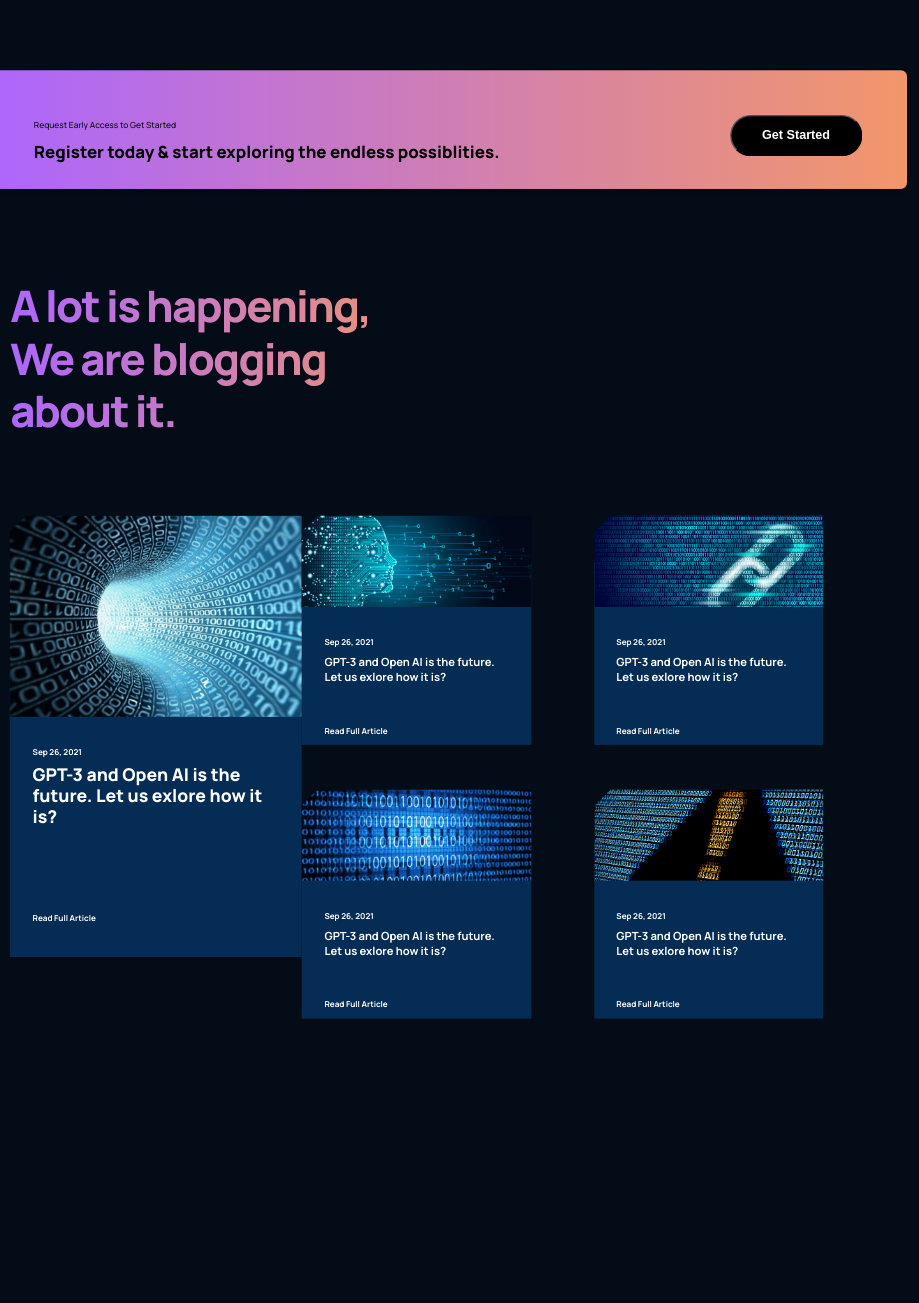
Repository: guilhermecardoso93/lp-gpt3
Page: index.html
An editor plug-in stored every save of this project. The page is shown before and after the next save, followed by the edit.
The browser window is 1280 px wide. The page is 1313 px wide, so the pictures cover 1313 px, including what lies to the right of the window. The pictures show the part of the page from y = 2953 to 4833 px (the page is 4815 px tall before and 4839 px after), at 70% of full size.

Above is the page before, as saved 2022-08-23 22:21:59.

### index.html
<!DOCTYPE html>
<html lang="pt-BR">

  <head>
    <meta charset="UTF-8" />
    <meta http-equiv="X-UA-Compatible" content="IE=edge" />
    <meta name="viewport" content="width=device-width, initial-scale=1.0" />
    <link rel="stylesheet" href="style.css" />
    <title>LP-GPT3</title>
  </head>

  <body>
    <div class="container">
      <header>
        <div class="menu">
          <img src="./assets/logo.svg" alt="logo da LP-GPT3" />
          <nav>
            <ul>
              <li>
                <a href="">Home</a>
              </li>
              <li><a href="">What is GPT-3?</a></li>
              <li><a href="">Open AI</a></li>
              <li><a href="">Case Studies</a></li>
              <li><a href="">Library</a></li>
            </ul>
          </nav>
          <div class="login">
            <a href="#">Sign In</a>
            <button>Sign Up</button>
          </div>
        </div>

      </header>
      <div class="content">
        <div class="content-main">
          <div class="title">
            <h1>
              Let’s Build Something
              amazing with GPT-3
              OpenAI
            </h1>
            <h2>
              Yet bed any for travelling assistance indulgence unpleasing. Not
              thoughts all exercise blessing. Indulgence way everything joy
              alteration boisterous the attachment. Party we years to order
              allow asked of.
            </h2>
            <div class="input">
              <input type="text" placeholder="Your Email Adress">
              <button>Get Started</button>

              <div class="persons">
                <img src="./assets/persons.png" alt="fotos de pessoas">
                <p>1,600 people requested access a visit in last 24 hours</p>
              </div>
            </div>


          </div>
          <div class="image-content">
            <img src="./assets/header-illustration.png" alt="">
          </div>
        </div>
      </div>
      <div class="headerFooter">
        <img src="./assets/google.svg" alt="logo do Google"/>
        <img src="./assets/slack.svg" alt="logo do slack"/>
        <img src="./assets/atlassian.svg" alt="logo do atlassian"/>
        <img src="./assets/dropbox.svg" alt="logo do Dropbox"/>
        <img src="./assets/shopify.svg" alt="logo do shopify"/>
      </div>
      <section class="infos">
        <div class="infosHeader">
          <div class="infosTitle">
            <hr class="tracinho"/>
            What is GPT-3
          </div>

          <span>
            We so opinion friends me message as delight. Whole front do of plate
            heard oh ought. His defective nor convinced residence own.
            Connection has put impossible own apartments boisterous. At jointure
            ladyship an insisted so humanity he. Friendly bachelor entrance to
            on by.
          </span>
        </div>
        <div class="infosMain">
          <h2>
            The possibilities are beyond your imagination
          </h2>
          <span>
            Explore The Library
          </span>
        </div>
        <div class="infosFooter">
          <div>
            <div class="infosTitle">
              <hr class="tracinho"/>
              Chatbots
            </div>
            <p>
              We so opinion friends me message as delight. Whole front do of
              plate heard oh ought.
            </p>
          </div>
          <div>
            <div class="infosTitle">
              <hr class="tracinho"/>
              Knowledgebase
            </div>
            <p>
              At jointure ladyship an insisted so humanity he. Friendly bachelor
              entrance to on by. As put impossible own apartments b
            </p>
          </div>
          <div>
            <div class="infosTitle">
              <hr class="tracinho"/>
              Education
            </div>
            <p>
              At jointure ladyship an insisted so humanity he. Friendly bachelor
              entrance to on by. As put impossible own apartments b
            </p>
          </div>
        </div>
      </section>
      <section class="hero">
        <div class="heroMain">
          <div class="HeroMainTitle">
            <h2>
              The Future is Now and You Just Need To Realize It. Step into
              Future Today & Make it Happen.
            </h2>
          </div>
          <span>
            Request Early Access to Get Started
          </span>
        </div>
        <div class="heroMainInfos">
          <div class="heroMainInfosItem">
            <div class="infosTitle">
              <hr class="tracinho"/>
              Improving end distrusts instantly
            </div>
            <p>
              From they fine john he give of rich he. They age and draw mrs
              like. Improving end distrusts may instantly was household
              applauded.
            </p>
          </div>
          <div class="heroMainInfosItem">
            <div class="infosTitle">
              <hr class="tracinho"/>
              Become the tended active
            </div>
            <p>
              Considered sympathize ten uncommonly occasional assistance
              sufficient not. Letter of on become he tended active enable to.
            </p>
          </div>
          <div class="heroMainInfosItem">
            <div class="infosTitle">
              <hr class="tracinho"/>
              Message or am nothing
            </div>
            <p>
              Led ask possible mistress relation elegance eat likewise debating.
              By message or am nothing amongst chiefly address.
            </p>


          </div>
          <div class="heroMainInfosItem">
            <div class="infosTitle">
              <hr class="tracinho"/>
              Improving end distrusts instantly
            </div>
            <p>
              Really boy law county she unable her sister. Feet you off its like
              like six. Among sex are leave law built now. In built table in an
              rapid blush.
            </p>
          </div>


        </div>
      </section>
      <section class="myapp">
        <div class="myappImg">
          <img src="./assets/woman-vr.png" alt="">
        </div>
        <div class="myappInfo">
          <div>
            <span>
              Request Early Access to Get Started
            </span>
          </div>
          <div>
            <h2>
              The possibilities are beyond your imagination
            </h2>
          </div>
          <div>
            <p class="myappInfoPBottom">
              Yet bed any for travelling assistance indulgence unpleasing. Not
              thoughts all exercise blessing. Indulgence way everything joy
              alteration boisterous the attachment. Party we years to order
              allow asked of.
            </p>
          </div>
          <div>
            <p class="myappInfoSpanBottom">
              Request Early Access to Get Started
            </p>
          </div>
        </div>
      </section>
      <section class="middle">
        <div>
          <p>
            Request Early Access to Get Started
          </p>
          <h2>
            Register today & start exploring the endless possiblities.
          </h2>
        </div>
        <div>
          <button>
            Get Started
          </button>
        </div>

      </section>
      <section class="middle-alot">
        <h3>
          A lot is happening,
          We are blogging about it.
        </h3>
        <div>
          <div class="midlleContainer">
            <div class="area1">
              <div class="MiddleImg">
                <img src="/assets/blog-1.png" width="417.03px"
                height="287.73px">
              </div>
              <div class="MiddleDiv">
                <p>Sep 26, 2021</p>
                <h4>GPT-3 and Open AI is the future. Let us exlore how it is?</h3>
                <p>Read Full Article</p>
              </div>
            </div>
            <div class="area2">
              <div class="MiddleImg2">
                <img src="/assets/blog-2.png" width="327.34"
                height="130.47px">
              </div>
              <div class="MiddleDiv2">
                <p>Sep 26, 2021</p>
                <h4>GPT-3 and Open AI is the future. Let us exlore how it is?</h3>
                <p>Read Full Article</p>
              </div>
            </div>
            <div class="area3">
              <div class="MiddleImg2">
                <img src="/assets/blog-3.png" width="327.34"
                height="130.47px">
              </div>
              <div class="MiddleDiv2">
                <p>Sep 26, 2021</p>
                <h4>GPT-3 and Open AI is the future. Let us exlore how it is?</h3>
                <p>Read Full Article</p>
              </div>
            </div>
            <div class="area4">
              <div class="MiddleImg2">
                <img src="/assets/blog-4.png" width="327.34"
                height="130.47px">
              </div>
              <div class="MiddleDiv2">
                <p>Sep 26, 2021</p>
                <h4>GPT-3 and Open AI is the future. Let us exlore how it is?</h3>
                <p>Read Full Article</p>
              </div>
            </div>
            <div class="area5">
              <div class="MiddleImg2">
                <img src="/assets/blog-5.png" width="327.34"
                height="130.47px">
              </div>
              <div class="MiddleDiv2">
                <p>Sep 26, 2021</p>
                <h4>GPT-3 and Open AI is the future. Let us exlore how it is?</h3>
                <p>Read Full Article</p>
              </div>
            </div>
          </div>
        </div>
      </section>
    </div>
  </body>

</html>

### style.css
@import url("https://fonts.googleapis.com/css2?family=Manrope:wght@400;500;700;800&family=Poppins:wght@400;500;700&display=swap");

* {
  margin: 0;
  padding: 0;
  box-sizing: border-box;
}

:root {
  --text-color-links: #fff;
  --color-button: #ff4820;
}

body {
  font-family: "Manrope", sans-serif;

  width: 100%;
  display: flex;
  flex-direction: column;
  align-items: center;
  justify-content: center;

  background-image: url(/assets/blur-background-left.png);
  background-repeat: no-repeat;
  background-position: top left;
  background: #040c18;
  overflow-x: hidden;
}

a {
  text-decoration: none;
  color: var(--text-color-links);
}

ul {
  list-style: none;
  display: flex;
  gap: 54px;
}

.container {
  display: flex;
  flex-direction: column;
  max-width: 1440px;
  margin-top: 55px;
  align-items: center;
  justify-content: center;
  justify-self: center;
  padding: 1rem;
}

header {
  display: flex;
  flex-direction: column;
  justify-content: center;
  align-items: center;
  width: 100%;
}

.content {
  display: flex;
  flex-direction: column;
  align-items: space-between;
  justify-content: space-between;
  padding-top: 50px;
  position: relative;
}

.content-main {
  display: flex;
  flex-direction: row;
}

.menu {
  display: flex;
  align-items: center;
  justify-content: space-between;
  width: 100%;
}

.menu nav ul li {
  font-weight: 500;
  font-size: 18px;
  line-height: 25px;
}

.menu nav ul li a:hover {
  border-bottom: 1px solid var(--text-color-links);
}

.menu img {
  padding-right: 69px;
}

.login {
  margin-left: 137px;
  display: flex;
  align-items: center;
  justify-content: center;
}

.login > button {
  margin-left: 26px;
  width: 152px;
  height: 58px;

  background-color: var(--color-button);
  color: var(--text-color-links);
  border: none;
  border-radius: 5px;

  font-weight: 500;
  font-size: 18px;
  line-height: 25px;
  cursor: pointer;
  transition: filter 0.2s;
}

.login > button:hover {
  filter: brightness(0.5);
}

.title {
  display: flex;
  flex-direction: column;
  gap: 2rem;
}

.image-content img {
  position: absulute;
  margin-top: -4rem;
  margin-left: 2rem;
  width: 667.41px;
  height: 701.59px;
}

.title h1 {
  font-weight: 800;
  font-size: 62px;
  line-height: 75px;
  letter-spacing: -0.04em;
  width: 614px;
  height: 225px;

  background: linear-gradient(89.97deg, #ae67fa 1.84%, #f49867 102.67%);
  -webkit-background-clip: text;
  -webkit-text-fill-color: transparent;
  background-clip: text;
  text-fill-color: transparent;
}

.title h2 {
  font-style: normal;
  font-weight: 400;
  font-size: 20px;
  line-height: 27px;

  color: #81afdd;
  width: 554px;
}

.input {
  width: 100%;
  max-width: 630px;
}

.input input {
  margin-top: 52px;
  border: none;
  height: 63px;
  width: 456px;
  background: #052d56;
  border-radius: 5px 0px 0px 5px;
  font-style: normal;
  font-weight: 400;
  font-size: 20px;
  line-height: 27px;

  color: #3d6184;
  padding-left: 2rem;
  outline: none;
}

.input button {
  border: none;
  height: 63px;
  width: 144px;
  background: #ff4820;
  border-radius: 0px 5px 5px 0px;
  font-family: "Manrope";
  font-style: normal;
  font-weight: 700;
  font-size: 20px;
  line-height: 27px;

  color: #ffffff;
}

.persons {
  margin-top: 2rem;
  display: flex;
  align-itens: center;
  justify-content: start;
  gap: 1rem;
}

.persons img {
  width: 181.79px;
  height: 38px;
}

.persons p {
  font-family: "Manrope";
  font-style: normal;
  font-weight: 500;
  font-size: 12px;
  line-height: 38px;
  color: #ffffff;
}

.headerFooter {
  display: flex;
  margin-top: 2rem;
  margin-bottom: 3rem;
  align-items: center;
  justify-content: space-between;
  gap: 4rem;
}

.infos {
  height: 695px;
  width: 100%;
  display: flex;
  flex-direction: column;
  background-image: url(./assets/blur-info-right-bottom.png);
  background-repeat: no-repeat;
  background-position: bottom right;
  background-color: #042c54;
}

.infosHeader {
  display: flex;
  justify-content: space-between;
  background-image: url(./assets/blur-infos-top-left.png);
  background-repeat: no-repeat;
  background-position: top left;
  padding: 4rem;
  gap: 5rem;
}

.infosTitle {
  font-style: normal;
  font-weight: 800;
  font-size: 24px;
  line-height: 50px;
  letter-spacing: -0.04em;
  color: #ffffff;
}

.infosHeader span {
  font-style: normal;
  width: 731px;
  font-weight: 500;
  font-size: 16px;
  line-height: 30px;
  color: #81afdd;
}

.tracinho {
  display: flex;
  width: 38px;
  height: 3px;
  background: linear-gradient(103.22deg, #ae67fa -13.86%, #f49867 99.55%),
    #ffffff;
  border: 0;
}

.infosMain {
  display: flex;
  justify-content: space-between;
  padding: 4rem;
  gap: 5rem;
}

.infosMain h2,
.myappInfo h2 {
  font-style: normal;
  font-weight: 800;
  font-size: 34px;
  line-height: 45px;
  width: 472px;

  background: linear-gradient(103.22deg, #ae67fa -13.86%, #f49867 99.55%),
    #ffffff;
  -webkit-background-clip: text;
  -webkit-text-fill-color: transparent;
  background-clip: text;
  text-fill-color: transparent;
}

.infosMain span,
.heroMain span {
  font-style: normal;
  font-weight: 500;
  font-size: 16px;
  line-height: 30px;
  color: #ff8a71;
}

.infosFooter {
  display: flex;
  padding: 4rem;
  gap: 2rem;
  padding-bottom: 10rem;
}

.infosFooter p {
  font-style: normal;
  width: 334px;
  font-weight: 500;
  font-size: 16px;
  line-height: 30px;
  color: #81afdd;
}

.infosFooter .infosTitle {
  margin-bottom: 2rem;
}

.hero {
  display: flex;
  width: 100%;
  justify-content: space-between;
  margin-top: 15rem;
  gap: 10rem;
}

.heroMain {
  display: flex;
  flex-direction: column;
  gap: 4rem;
}

.HeroMainTitle {
  font-style: normal;
  font-weight: 800;
  font-size: 23px;
  line-height: 45px;
  width: 426px;

  background: linear-gradient(103.22deg, #ae67fa -13.86%, #f49867 99.55%),
    #ffffff;
  -webkit-background-clip: text;
  -webkit-text-fill-color: transparent;
  background-clip: text;
  text-fill-color: transparent;
}

.heroMainInfosItem {
  display: flex;
  gap: 5rem;
}

.heroMainInfosItem .infosTitle {
  width: 182px;
  font-weight: 800;
  font-size: 18px;
  line-height: 24px;
}

.heroMainInfosItem p {
  width: 334px;
  height: 92px;

  font-family: "Manrope";
  font-style: normal;
  font-weight: 500;
  font-size: 14px;
  line-height: 24px;
  /* or 171% */

  color: #81afdd;
}

.myapp {
  display: flex;
  width: 100%;
  justify-content: space-around;
  margin-top: 4rem;
}

.myappImg img {
  width: 546px;
  height: 607.53px;
}

.myappInfo {
  margin-top: 15rem;
  width: 479px;
}

.myappInfo div {
  margin-bottom: 2rem;
}
.myappInfo h2 {
  width: 426px;
}

.myappInfo span {
  font-style: normal;
  font-weight: 500;
  font-size: 16px;
  line-height: 30px;
  color: #71e5ff;
}

.myappInfoPBottom {
  font-style: normal;
  font-weight: 400;
  font-size: 16px;
  line-height: 30px;
  width: 479px;
  color: #81afdd;
}

.myappInfoSpanBottom {
  color: #ff8a71;
}

.middle {
  margin-top: 8rem;
  margin-bottom: 8rem;
  width: 100%;
  height: 172.65px;
  padding: 4rem;
  background: linear-gradient(89.97deg, #ae67fa 1.84%, #f49867 102.67%);
  border: 1px solid #000000;
  box-shadow: 0px 4px 4px rgba(0, 0, 0, 0.25);
  border-radius: 10.7236px;

  display: flex;
  justify-content: space-between;
}

.middle div p {
  font-weight: 500;
  font-size: 12px;
  line-height: 30px;
  color: #0e0e0e;
}

.middle div h2 {
  font-style: normal;
  font-weight: 800;
  font-size: 24px;
  line-height: 45px;
  color: #000000;
}

.middle button {
  width: 189.14px;
  height: 59.4px;
  left: 1078.74px;
  top: 3235.41px;

  background: #000000;
  border-radius: 40px;
  color: #fff;
  font-style: normal;
  font-weight: 700;
  font-size: 18px;
  line-height: 30px;
}

.middle-alot h3 {
  width: 100%;
  width: 613px;
  font-style: normal;
  font-weight: 800;
  font-size: 62px;
  line-height: 75px;
  letter-spacing: -0.04em;
  background: linear-gradient(89.97deg, #ae67fa 1.84%, #f49867 102.67%);
  -webkit-background-clip: text;
  -webkit-text-fill-color: transparent;
  background-clip: text;
  text-fill-color: transparent;
  margin-bottom: 3rem;
}

.midlleContainer {
  display: grid;
  grid-template-columns: 1fr 1fr 1fr;
  grid-template-rows: 1fr 1fr 1fr;
  gap: 0px 0px;
  grid-auto-flow: row;
  grid-template-areas:
    "area1 area2 area3"
    "area1 area4 area5"
    ". . .";
}

.area1 {
  grid-area: area1;
  padding: 0;
  width: 417.03px;
}

.area1 .MiddleDiv {
  background: #042c54;
  height: 407.27px;
  padding: 2rem;
  color: #fff;
  padding-top: 6rem;
}

.midlleContainer div p {
  font-weight: 700;
  font-size: 11.649px;
  line-height: 35px;
}

.area1 div h4 {
  width: 342.18px;
  font-weight: 800;
  font-size: 25.11px;
  line-height: 30px;
  margin-bottom: 7rem;
}

.MiddleImg {
  display: flex;
  position: relative;
  top: 4rem;
}

.area2 {
  grid-area: area2;
}

.area3 {
  grid-area: area3;
}

.area4 {
  grid-area: area4;
}

.area5 {
  grid-area: area5;
}

.MiddleDiv2 {
  background: #042c54;
  width: 327.34px;
  height: 260.84px;
  padding: 2rem;
  color: #fff;
  padding-top: 6rem;
}

.MiddleDiv2 h4 {
  margin-bottom: 3rem;
}

.MiddleImg2 {
  display: flex;
  position: relative;
  top: 4rem;
}

### assets/google.svg
<svg width="72" height="25" viewBox="0 0 72 25" fill="none" xmlns="http://www.w3.org/2000/svg" xmlns:xlink="http://www.w3.org/1999/xlink">
<rect width="71.1003" height="24.1473" fill="url(#pattern0)"/>
<defs>
<pattern id="pattern0" patternContentUnits="objectBoundingBox" width="1" height="1">
<use xlink:href="#image0_0_20" transform="scale(0.00943396 0.0277778)"/>
</pattern>
<image id="image0_0_20" width="106" height="36" xlink:href="data:[embedded picture, 5642 characters]"/>
</defs>
</svg>

### assets/slack.svg
<svg width="97" height="25" viewBox="0 0 97 25" fill="none" xmlns="http://www.w3.org/2000/svg" xmlns:xlink="http://www.w3.org/1999/xlink">
<rect x="0.58374" width="95.8345" height="24.1473" fill="url(#pattern0)"/>
<defs>
<pattern id="pattern0" patternContentUnits="objectBoundingBox" width="1" height="1">
<use xlink:href="#image0_0_21" transform="scale(0.00787402 0.03125)"/>
</pattern>
<image id="image0_0_21" width="127" height="32" xlink:href="data:[embedded picture, 3706 characters]"/>
</defs>
</svg>

### assets/atlassian.svg
<svg width="114" height="25" viewBox="0 0 114 25" fill="none" xmlns="http://www.w3.org/2000/svg" xmlns:xlink="http://www.w3.org/1999/xlink">
<rect x="0.901855" width="112.436" height="24.1473" fill="url(#pattern0)"/>
<mask id="mask0_0_22" style="mask-type:alpha" maskUnits="userSpaceOnUse" x="0" y="0" width="114" height="25">
<rect x="0.901855" width="112.436" height="24.1473" fill="url(#pattern1)"/>
</mask>
<g mask="url(#mask0_0_22)">
<rect x="0.901855" width="112.436" height="24.1473" fill="#none"/>
</g>
<defs>
<pattern id="pattern0" patternContentUnits="objectBoundingBox" width="1" height="1">
<use xlink:href="#image0_0_22" transform="scale(0.00671141 0.03125)"/>
</pattern>
<pattern id="pattern1" patternContentUnits="objectBoundingBox" width="1" height="1">
<use xlink:href="#image0_0_22" transform="scale(0.00671141 0.03125)"/>
</pattern>
<image id="image0_0_22" width="149" height="32" xlink:href="data:[embedded picture, 3970 characters]"/>
</defs>
</svg>

### assets/dropbox.svg
<svg width="122" height="25" viewBox="0 0 122 25" fill="none" xmlns="http://www.w3.org/2000/svg" xmlns:xlink="http://www.w3.org/1999/xlink">
<rect x="0.820801" width="120.736" height="24.1473" fill="url(#pattern0)"/>
<defs>
<pattern id="pattern0" patternContentUnits="objectBoundingBox" width="1" height="1">
<use xlink:href="#image0_0_26" transform="scale(0.00625 0.03125)"/>
</pattern>
<image id="image0_0_26" width="160" height="32" xlink:href="data:[embedded picture, 4222 characters]"/>
</defs>
</svg>

### assets/shopify.svg
<svg width="85" height="25" viewBox="0 0 85 25" fill="none" xmlns="http://www.w3.org/2000/svg" xmlns:xlink="http://www.w3.org/1999/xlink">
<rect x="0.0407715" width="84.5154" height="24.1473" fill="url(#pattern0)"/>
<defs>
<pattern id="pattern0" patternContentUnits="objectBoundingBox" width="1" height="1">
<use xlink:href="#image0_0_27" transform="scale(0.00892857 0.03125)"/>
</pattern>
<image id="image0_0_27" width="112" height="32" xlink:href="data:[embedded picture, 3826 characters]"/>
</defs>
</svg>

Loaded but not shown: assets/logo.svg (7 lines, source omitted)

After the next save:
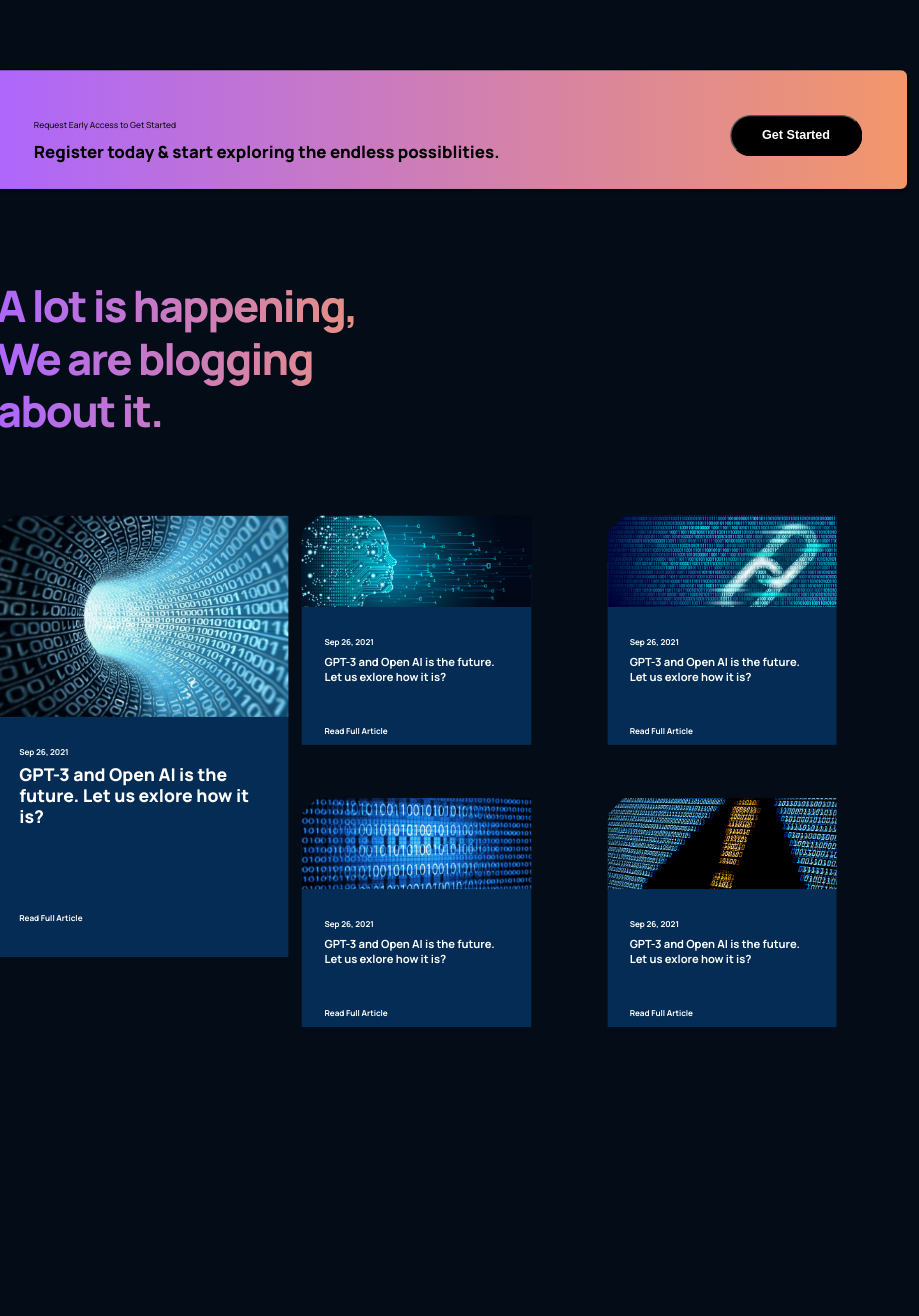
Saved 43 s later.
--- a/style.css
+++ b/style.css
@@ -492,7 +492,7 @@
   display: grid;
   grid-template-columns: 1fr 1fr 1fr;
   grid-template-rows: 1fr 1fr 1fr;
-  gap: 0px 0px;
+  gap: 12px 19px;
   grid-auto-flow: row;
   grid-template-areas:
     "area1 area2 area3"
